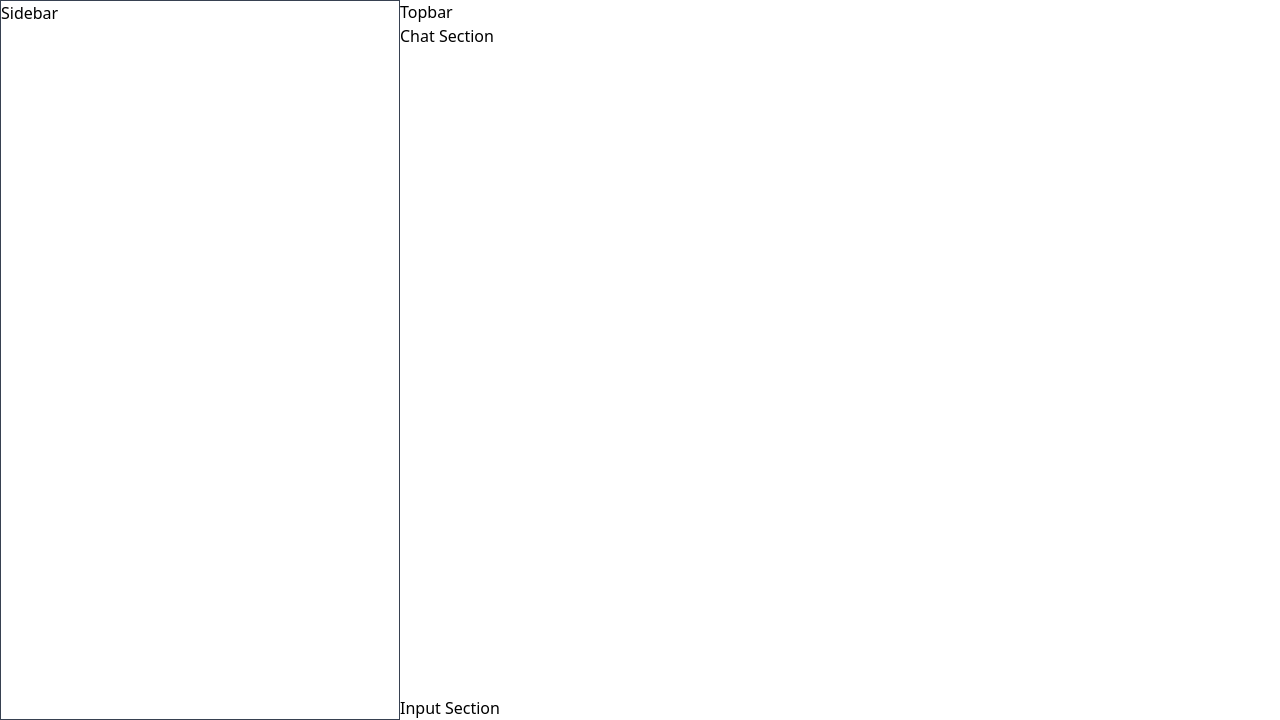
Repository: Qu4ntumGuy/telegram-clone
Page: /
An editor plug-in stored every save of this project. The page is shown before and after the next save, followed by the edit.
The browser window is 1280 px wide. The pictures show the whole page.
The project was rebuilt for these pictures with package versions that can differ from the ones it lists, and the page was loaded fresh each time. Also part of the build but not shown: src/Utils/ContextProvider.js.

Above is the page before, as saved 2024-07-15 10:56:09.

After the next save:
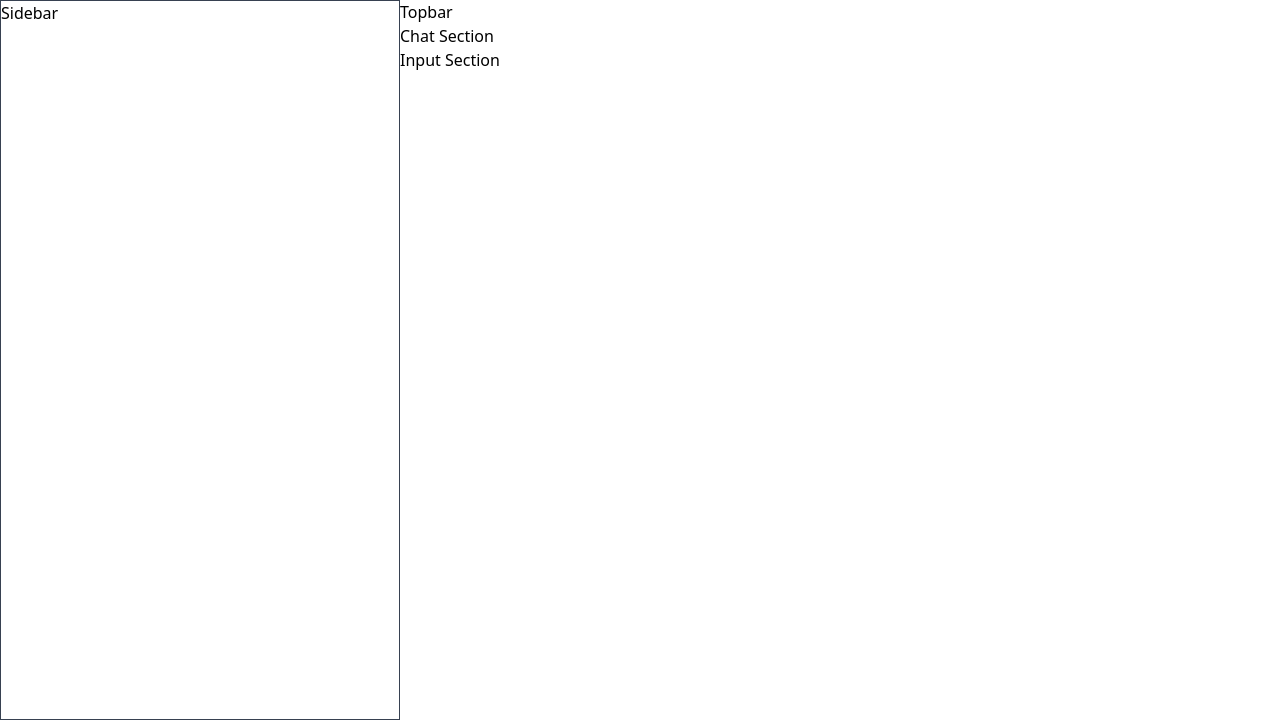
Saved 25 s later.
--- a/src/App.js
+++ b/src/App.js
@@ -6,7 +6,9 @@ function App() {
   return (
     <div className="flex max-w-[105rem] mx-auto">
       <Sidebar />
-      <Home />
+      <div>
+        <Home />
+      </div>
     </div>
   );
 }
